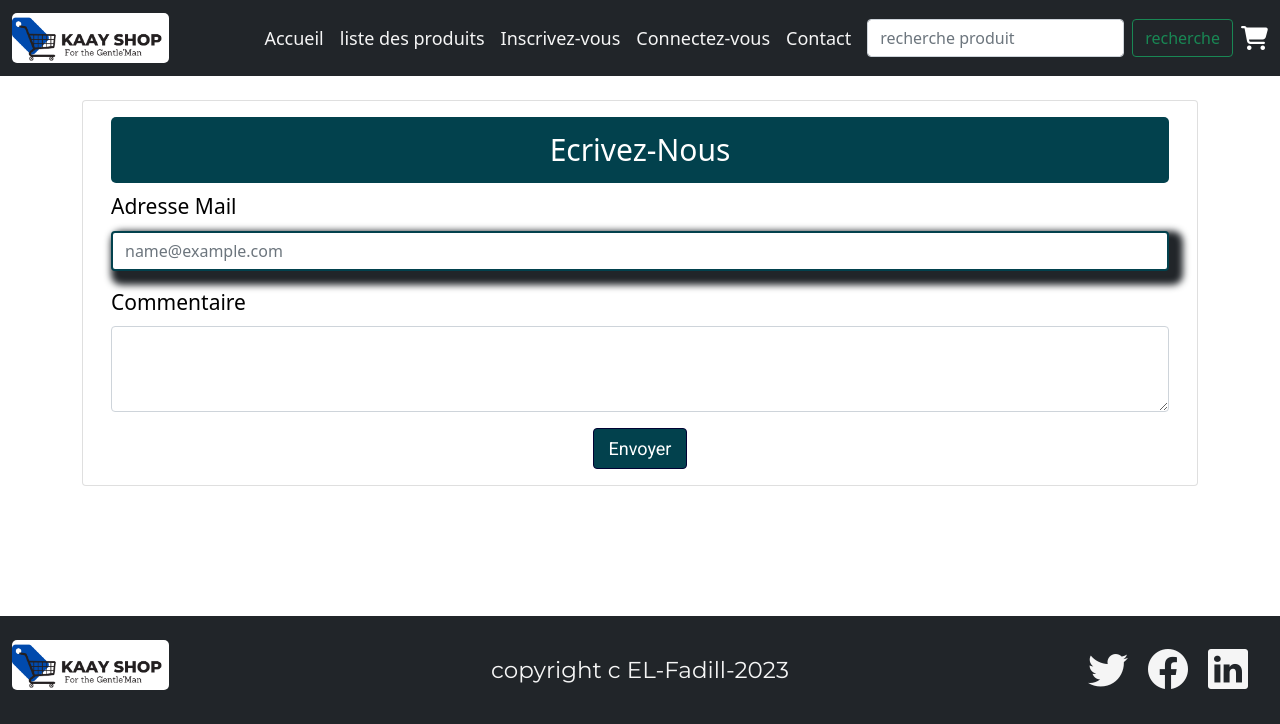
Repository: wadelfadill/Mini_projet_bootstrap_Site_vente_online
Page: contact.html
An editor plug-in stored every save of this project. The page is shown before and after the next save, followed by the edit.
The browser window is 1280 px wide. The pictures show the whole page.
The first visible `.card input` has the focus.
Some web libraries are served in a nearby version.

Above is the page before, as saved 2023-05-19 11:10:21.

### contact.html
<!DOCTYPE html>
<html lang="en">
<head>
    <!--======== Website icone =======-->
    <link rel="shortcut icon" href="assets/images/logo/cart-shopping-solid.svg" type="image/x-icon">
    <meta charset="UTF-8">
    <meta http-equiv="X-UA-Compatible" content="IE=edge">
    <meta name="viewport" content="width=device-width, initial-scale=1.0">
    <!--=========== Title of Website ============-->
    <title>KAAY-SHOP</title>

    <!--======== Bootstrap Links ===========-->
    <link href="https://cdn.jsdelivr.net/npm/bootstrap@5.1.3/dist/css/bootstrap.min.css" rel="stylesheet" integrity="sha384-1BmE4kWBq78iYhFldvKuhfTAU6auU8tT94WrHftjDbrCEXSU1oBoqyl2QvZ6jIW3" crossorigin="anonymous">
    <link rel="stylesheet" href="https://cdn.jsdelivr.net/npm/bootstrap-icons@1.10.5/font/bootstrap-icons.css">
    <!--========= CSS links ===============-->
    <link rel="stylesheet" href="assets/css/style.css">
    <link rel="stylesheet" href="assets/css/contact_style.css">
    <!--========= Google Fonts Links =========-->
    <link rel="preconnect" href="https://fonts.googleapis.com">
    <link rel="preconnect" href="https://fonts.gstatic.com" crossorigin>
    <link href="https://fonts.googleapis.com/css2?family=Montserrat:wght@400;700&family=Roboto:wght@100;400;700&display=swap" rel="stylesheet">
    <!--========== Google Font-Awesome Script  ==========-->
    <script src="https://kit.fontawesome.com/8f130c8a35.js" crossorigin="anonymous"></script>

</head>
<body>
    <!-- ========== Start Header Section ========== -->
    <header id="header">
        <nav class="navbar navbar-expand-lg navbar-dark bg-dark fixed-top">
            <div class="container-fluid">
              <a class="navbar-brand" href="#header"><img src="assets/images/logo/kAAY SHOP.png" alt="" class="img-fluid website_logo"></a>
              <button class="navbar-toggler p-2 mt-2" type="button" data-bs-toggle="collapse" data-bs-target="#navbarSupportedContent" aria-controls="navbarSupportedContent" aria-expanded="false" aria-label="Toggle navigation">
                <i class="fa-solid fa-bars" style="color: #ffffff;"></i>
              </button>
              <div class="collapse navbar-collapse" id="navbarSupportedContent">
                <ul class="navbar-nav ms-auto mb-2 mb-lg-0 me-2">
                  <li class="nav-item">
                    <a class="nav-link active" aria-current="page" href="index.html">Accueil</a>
                  </li>
                  <li class="nav-item">
                    <a class="nav-link" href="list_product.html">liste des produits</a>
                  </li>
                  <li class="nav-item">
                    <a class="nav-link" href="registration.html">Inscrivez-vous</a>
                  </li>
                  <li class="nav-item">
                    <a class="nav-link" href="registration.html">Connectez-vous</a>
                  </li>
                  <li class="nav-item">
                    <a class="nav-link" href="contact.html">Contact</a>
                  </li>
                </ul>
                <form class="d-flex">
                  <input class="form-control me-2 search" type="search" placeholder="recherche produit" aria-label="Search">
                  <button class="btn btn-outline-success" type="submit">recherche</button>
                </form>
                <div class="market-icone ms-2">
                    <i class="fa-solid fa-cart-shopping fa-xl" style="color: #ffffff;"></i>
                </div>
              </div>
            </div>
        </nav>
    </header>
    <!-- ========== End Header Section ========== -->
    <!--==================================================-->
   <!-- ========== Start Main ========== -->
   <main id="main">
        <div class="container">
          <div class="row m-auto">
            <div class="card">
              <div class="card-body">
                  <h3 class="text-center titre-contact">Ecrivez-Nous</h3>
                  <form>
                    <div class="mb-3">
                      <label for="exampleFormControlInput1" class="form-label">Adresse Mail</label>
                      <input type="email" class="form-control" id="exampleFormControlInput1" placeholder="name@example.com">
                    </div>
                    <div class="mb-3">
                      <label for="exampleFormControlTextarea1" class="form-label">Commentaire</label>
                      <textarea class="form-control" id="exampleFormControlTextarea1" rows="3"></textarea>
                    </div>
                    <div class="text-center">
                      <button class="btn btn-primary">Envoyer</button>
                    </div>
                  </form>
              </div>
            </div>
          </div>
        </div>
   </main>
   <!-- ========== End Main ========== -->
   <!--========================================================-->
   <!-- ========== Start Footer Section ========== -->
   <footer id="footer" class="bg-dark navbar-dark">
    <div class="container-fluid pt-4 pb-4">
        <div class="row gap-5 gap-md-0">
            <div class="col-md-4 text-center text-md-start">
                <div class="logo">
                    <img src="assets/images/logo/kAAY SHOP.png" alt="" class="img-fluid website_logo">
                </div>
            </div>
            <div class="col-md-4 text-center my-auto">
                <div class="copyright">
                    copyright c EL-Fadill-2023
                </div>
            </div>
            <div class="col-md-4 text-center text-md-end my-auto">
                <div class="icones d-flex flex-row align-items-center justify-content-center justify-content-md-end gap-5 gap-md-0">
                    <i class="bi bi-twitter"></i>
                    <i class="bi bi-facebook"></i>
                    <i class="bi bi-linkedin"></i>
                </div>
            </div>
        </div>
    </div>
   </footer>
   <!-- ========== End Footer Section ========== -->
   <!--=========================================================-->
    <!--======= Bootstrap Js Script ==========-->
    <script src="https://cdn.jsdelivr.net/npm/bootstrap@5.1.3/dist/js/bootstrap.bundle.min.js" integrity="sha384-ka7Sk0Gln4gmtz2MlQnikT1wXgYsOg+OMhuP+IlRH9sENBO0LRn5q+8nbTov4+1p" crossorigin="anonymous"></script>
</body>
</html>

### assets/css/style.css
/* ======= General ==========*/
*{
    margin: 0;
    padding: 0;
    box-sizing: border-box;
}
body{
    margin: 0;
    padding: 0;
}


/* ======= header section ========*/
.website_logo{
    height: 50px;
    border-radius: 5px;
}
nav ul li a{
    font-family: 'Monserrat' 'sans serif';
    font-size: 18px;
    font-weight: 400;
    color: whitesmoke !important;
}
.navbar-toggler:focus{
    box-shadow: none;
}
.market-icone i{
    position: relative;
    display: inline-block;
    animation-name: market;
    animation-duration: 2s;
    animation-iteration-count: infinite;
}
@keyframes market{
    0%{
        transform: scale(1);
    }
    50%{
        transform: scale(1.2);
        color: rgb(201, 197, 197);
    }
    100%{
        transform: scale(1);
    }
}
@media screen and (max-width:992px) {
    .market-icone{
        margin-top: 20px;
    }

}
@media screen and (max-width:1162px) and (min-width: 992px) {
    nav ul li a{
        font-size: 15px;
        /* font-weight: 500; */
    }
    .website_logo{
        width: 120px;
    }
    .search{
        display: inline-block;
        width: 150px;
    }

}
main{
    /* height: 900px; */
}
#footer{
    font-size: 23px;
    color: whitesmoke;
    font-weight: 400;
    font-family: 'Montserrat';
}
#footer i{
    display: inline-block;
    font-size: 40px;
    padding-right: 20px;
    cursor: pointer;
}

### assets/css/contact_style.css
main{
    margin-top: 100px;
    margin-bottom: 130px;
}
.titre-contact{
    background: rgb(2, 65, 77) !important;
    color: white;
    font-family: 'Montserrat' 'sans serif';
    font-size: 30px;
    padding-top: 15px;
    padding-bottom: 15px;
    border-radius: 5px;
}
.btn-primary{
    background: rgb(2, 65, 77) !important;
    color: white !important;
    border: 1px solid rgb(1, 1, 51) !important;
    padding-left: 15px !important;
    padding-right: 15px !important;
}
.card label{
    color: black;
    font-family: 'Montserrat' 'sans serif';
    font-size: 21px;
}
.card button{
    font-family: 'Roboto';
    font-size: 18px;
    color: white;
}
.card input:focus, .card textarea:focus{
    box-shadow: 7px 7px 7px 7px !important;
    border: 2px solid rgb(2, 65, 77) !important;

}

After the next save:
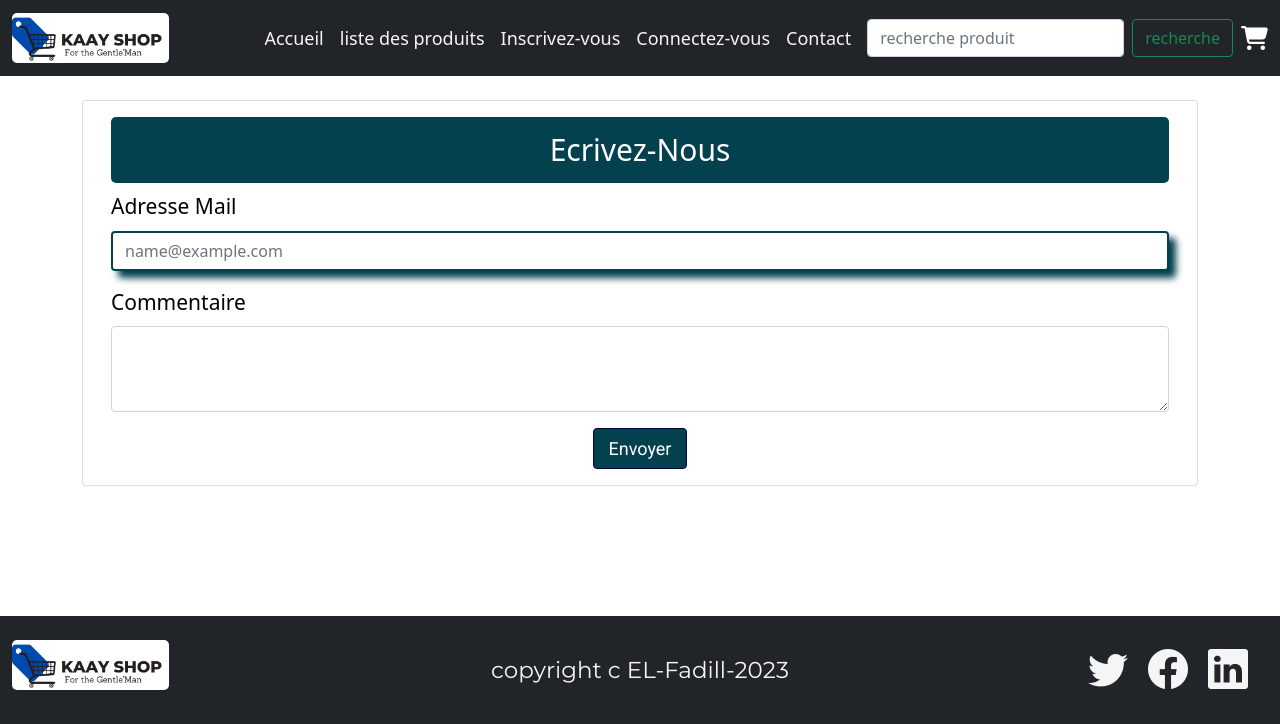
Saved 34 s later.
--- a/assets/css/contact_style.css
+++ b/assets/css/contact_style.css
@@ -29,7 +29,7 @@ main{
     color: white;
 }
 .card input:focus, .card textarea:focus{
-    box-shadow: 7px 7px 7px 7px !important;
+    box-shadow: 7px 7px 7px  rgb(2, 65, 77) !important;
     border: 2px solid rgb(2, 65, 77) !important;
 
 }
